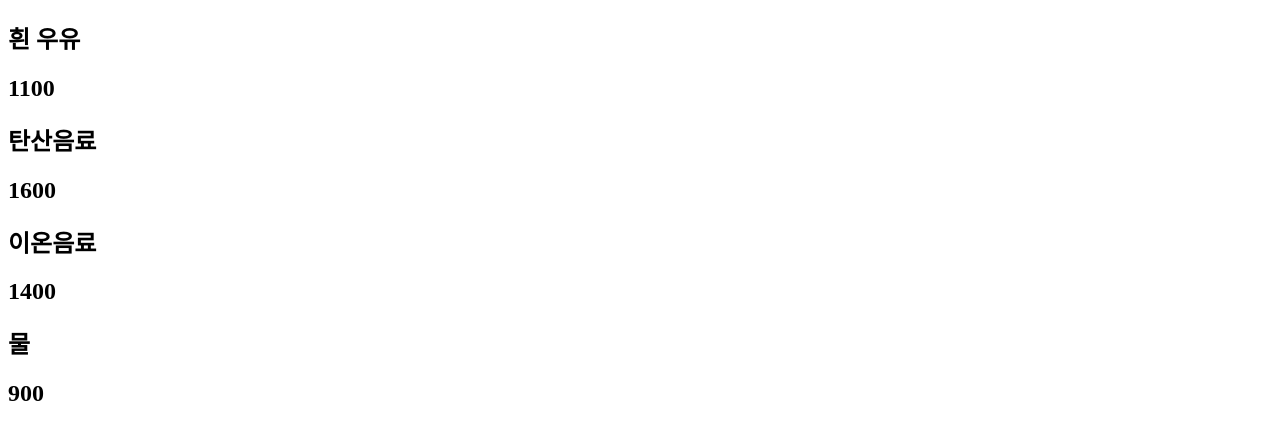
Repository: tjdwlsl/jspstudy
Page: http://localhost/JQuery_Ajax/02_ajax/ex01/ex03.jsp
These files come from the project's save history. The page is drawn as it stood at one moment and after the next save; the edit follows.
The browser window is 1280 px wide. The pictures show the whole page.
The page is served by Tomcat 9. Other server files are loaded and not shown.

Above is the page before, as saved 2023-07-20 06:54:18.

### JQuery_Ajax/src/main/webapp/02_ajax/ex01/ex03.jsp
<%@ page language="java" contentType="text/html; charset=UTF-8"
    pageEncoding="UTF-8"%>
<!DOCTYPE html>
<html>
<head>
<meta charset="UTF-8">
<title>Insert title here</title>
</head>
<body>
	<script type = "text/javascript">
		<%-- XMLHttpRequest 객체는 브라우저의 버전이 낮으면 가지고 있지 않음
			 그러나 XMLHttpRequest 객체와 비슷한 기능을 가진 객체가 존재함
			 (ActiveXObject)
		--%>
		function createRequest(){
			var req;

			return req;
		}


		//1.객체 생성
		var request = new XMLHttpRequest();

		//2. open("전송방식", "경로", "비동기 여부")
		request.open("POST", "data.html", false);

		//3. send() : 실행
		request.send();

		//4. 화면에 출력 : innerHTML or append
		//document.body.append(request.responseText);
		//append를 사용하면 코드 자체를 가져옴
		document.body.innerHTML += request.responseText;


	</script>
</body>
</html>

### JQuery_Ajax/src/main/webapp/02_ajax/ex01/data.html
<!DOCTYPE html>
<html>
<head>
<meta charset="UTF-8">
<title>Insert title here</title>
</head>
<body>
	<div>
		<h2>흰 우유</h2>
		<h2>1100</h2>
	</div>
	<div>
		<h2>탄산음료</h2>
		<h2>1600</h2>
	</div>
	<div>
		<h2>이온음료</h2>
		<h2>1400</h2>
	</div>
	<div>
		<h2>물</h2>
		<h2>900</h2>
	</div>


</body>
</html>

After the next save:
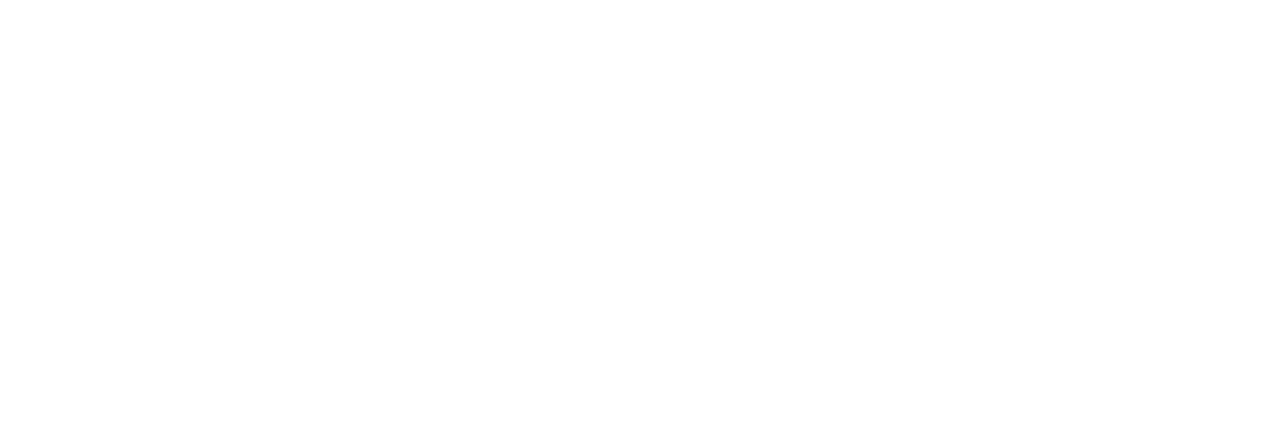
Console error: TypeError: request.open is not a function
Saved 18 s later.
--- a/JQuery_Ajax/src/main/webapp/02_ajax/ex01/ex03.jsp
+++ b/JQuery_Ajax/src/main/webapp/02_ajax/ex01/ex03.jsp
@@ -20,7 +20,7 @@
 
 
 		//1.객체 생성
-		var request = new XMLHttpRequest();
+		var request = new createRequest();
 
 		//2. open("전송방식", "경로", "비동기 여부")
 		request.open("POST", "data.html", false);

After the save that followed:
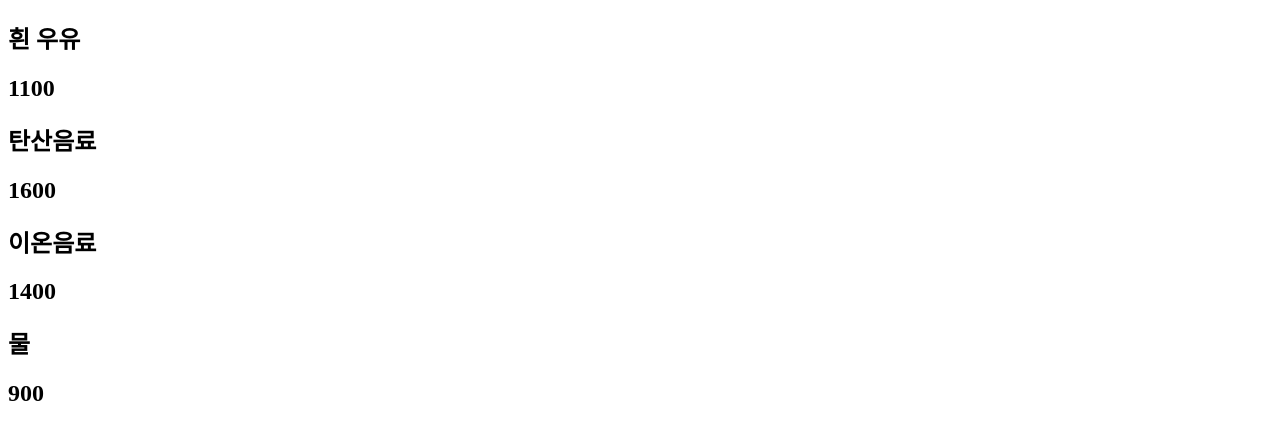
The error is gone.
Saved 33 s later.
--- a/JQuery_Ajax/src/main/webapp/02_ajax/ex01/ex03.jsp
+++ b/JQuery_Ajax/src/main/webapp/02_ajax/ex01/ex03.jsp
@@ -14,7 +14,11 @@
 		--%>
 		function createRequest(){
 			var req;
-
+			try {
+				req = new XMLHttpRequest();
+			} catch (e) {
+				// TODO: handle exception
+			}
 			return req;
 		}
 
